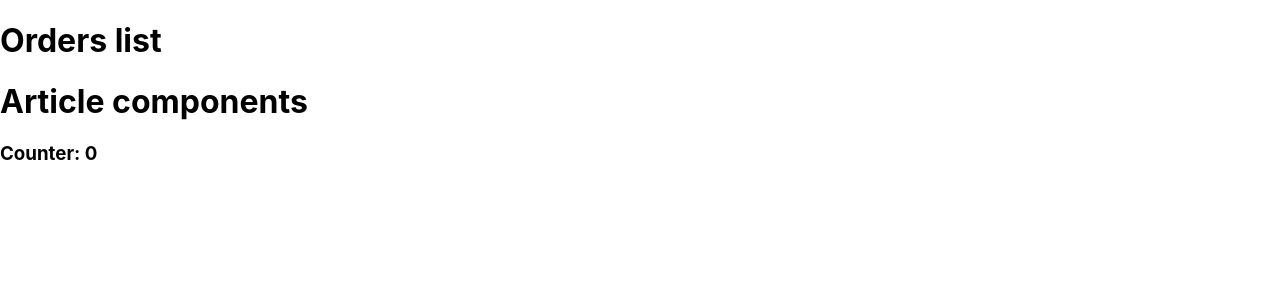
Repository: FS-23/react-navigation
Page: /menu
The author's editor kept a copy of each file at every save. The page is drawn from the files as they stood at one save, then again after the next save.
The browser window is 1280 px wide. The pictures show the whole page.
The project was rebuilt for these pictures with package versions that can differ from the ones it lists, and the page was loaded fresh each time.

Above is the page before, as saved 2022-05-06 12:51:43.

After the next save:
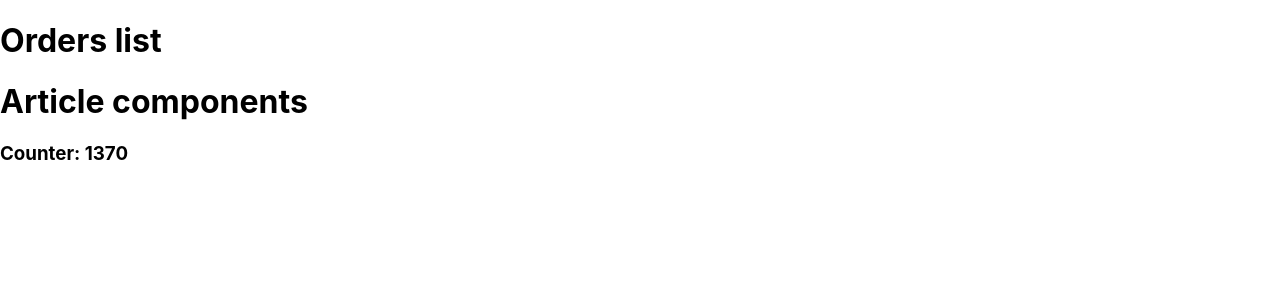
Saved 5 min 31 s later.
--- a/src/components/Article.js
+++ b/src/components/Article.js
@@ -1,15 +1,20 @@
 import React from "react";
 
 export default  class Article extends React.Component {
+
      constructor(props){
           super(props)
           this.state = {
               count: 0
           }
+
+          this.timer = 0
      }
 
      componentDidMount(){
-
+           this.timer = setInterval(()=>{
+               this.setState({count: this.state.count ++})
+           })
      }
 
 
